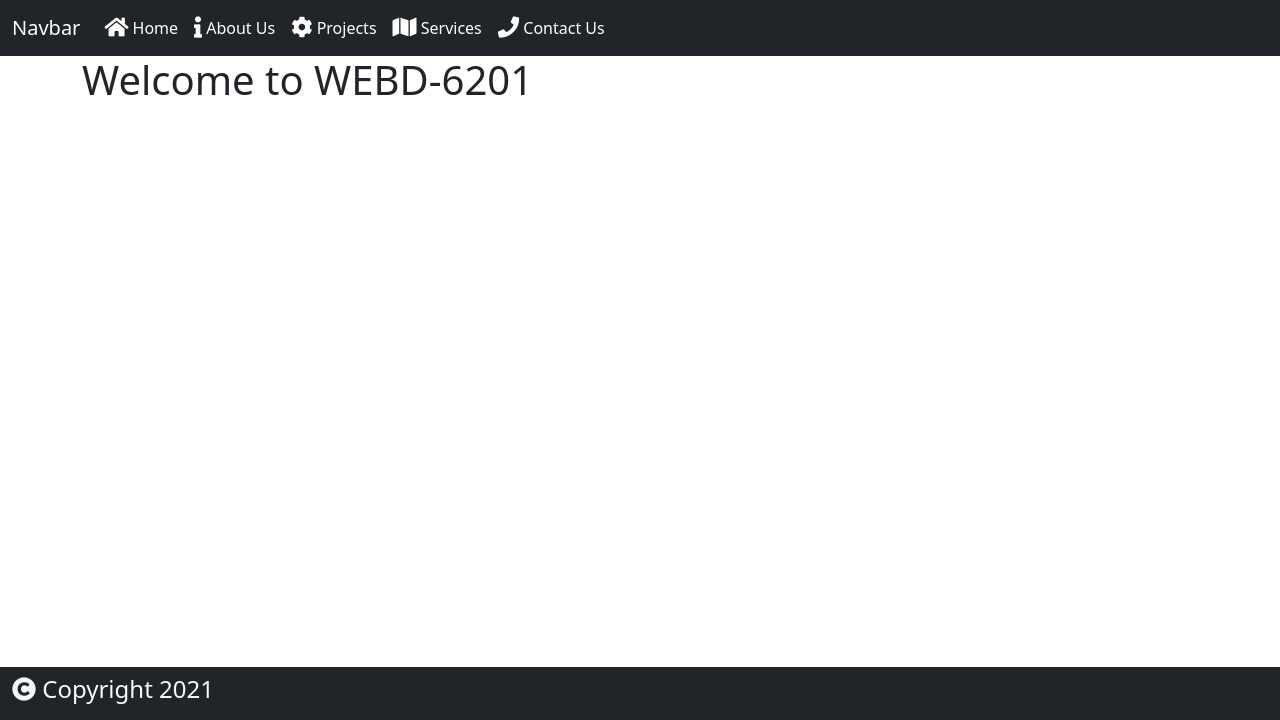
Repository: CKM206/WEBD6201-W2021---ICE1
Page: index.html
These files come from the project's save history. The page is drawn as it stood at one moment and after the next save; the edit follows.
The browser window is 1280 px wide. The pictures show the whole page.

Above is the page before, as saved 2021-01-20 09:15:44.

### index.html
<!DOCTYPE html>
<html lang="en">
<head>
    <meta charset="UTF-8">
    <meta name="viewport" content="width=device-width, initial-scale=1.0">
    <title>WEBD6201 - W2021 - ICE 1</title>
    <!-- CSS Section -->
    <!-- Inject Bootstrap first, always-->
    <link rel="stylesheet"
    href="./node_modules/bootstrap/dist/css/bootstrap.min.css">
    <!-- Now inject Icon Fonts using Font Awesome-->
    <link rel="stylesheet"
    href="./node_modules/@fortawesome/fontawesome-free/css/all.min.css">
    <!-- Now inject our custom css-->
    <link rel="stylesheet" href="./Content/app.css">
</head>
<body>

    <header>
        <nav class="navbar navbar-expand-lg navbar-dark bg-dark">
            <div class="container-fluid">
              <a class="navbar-brand" href="#">Navbar</a>
              <button class="navbar-toggler" type="button" data-bs-toggle="collapse" data-bs-target="#navbarSupportedContent" aria-controls="navbarSupportedContent" aria-expanded="false" aria-label="Toggle navigation">
                <span class="navbar-toggler-icon"></span>
              </button>
              <div class="collapse navbar-collapse" id="navbarSupportedContent">
                <ul class="navbar-nav me-auto mb-2 mb-lg-0">
                  <li class="nav-item">
                    <a class="nav-link active" aria-current="page" href="#"><i class="fas fa-home fa-lg"></i> Home</a>
                  </li>
                  <li class="nav-item">
                    <a class="nav-link active" aria-current="page" href="#"><i class="fas fa-info fa-lg"></i> About Us</a>
                  </li>
                  <li class="nav-item">
                    <a class="nav-link active" aria-current="page" href="#"><i class="fas fa-cog fa-lg"></i> Projects</a>
                  </li>
                  <li class="nav-item">
                    <a class="nav-link active" aria-current="page" href="#"><i class="fas fa-map fa-lg"></i> Services</a>
                  </li>
                  <li class="nav-item">
                    <a class="nav-link active" aria-current="page" href="#"><i class="fas fa-phone fa-lg"></i> Contact Us</a>
                  </li>
                </ul>
              </div>
            </div>
          </nav>
    </header>
    <main class="container">
        <h1>Welcome to WEBD-6201</h1>
    </main>

    <!-- Footer Section -->
    <footer>
        <nav class="navbar fixed-bottom navbar-dark bg-dark">
            <div class="container-fluid">
              <h4 class="text-light"><i class="fas fa-copyright text-light"></i> Copyright 2021</h4>
            </div>
          </nav>
    </footer>

    <!--Script Section-->
    <script src="./node_modules/jquery/dist/jquery.min.js"></script>
    <script src="./node_modules/bootstrap/dist/js/bootstrap.bundle.min.js"></script>
    <script src="./Scripts/app.js"></script>
</body>
</html>

### Content/app.css
/* Custom CSS Here */

### Scripts/app.js
/* Custom Javascript Here */

// IIFE - Immediately Invoked Function Expression (Anonymous Self-Executing Function)
//Acts as a Closure, Limits Scope Leak
(function()
{
    function Start()
    {
        console.log("App Started...");
    }

    window.addEventListener("load", Start);
})();

Loaded but not shown: node_modules/bootstrap/dist/css/bootstrap.min.css (library); node_modules/@fortawesome/fontawesome-free/css/all.min.css (library); node_modules/jquery/dist/jquery.min.js (library); node_modules/bootstrap/dist/js/bootstrap.bundle.min.js (library)

After the next save:
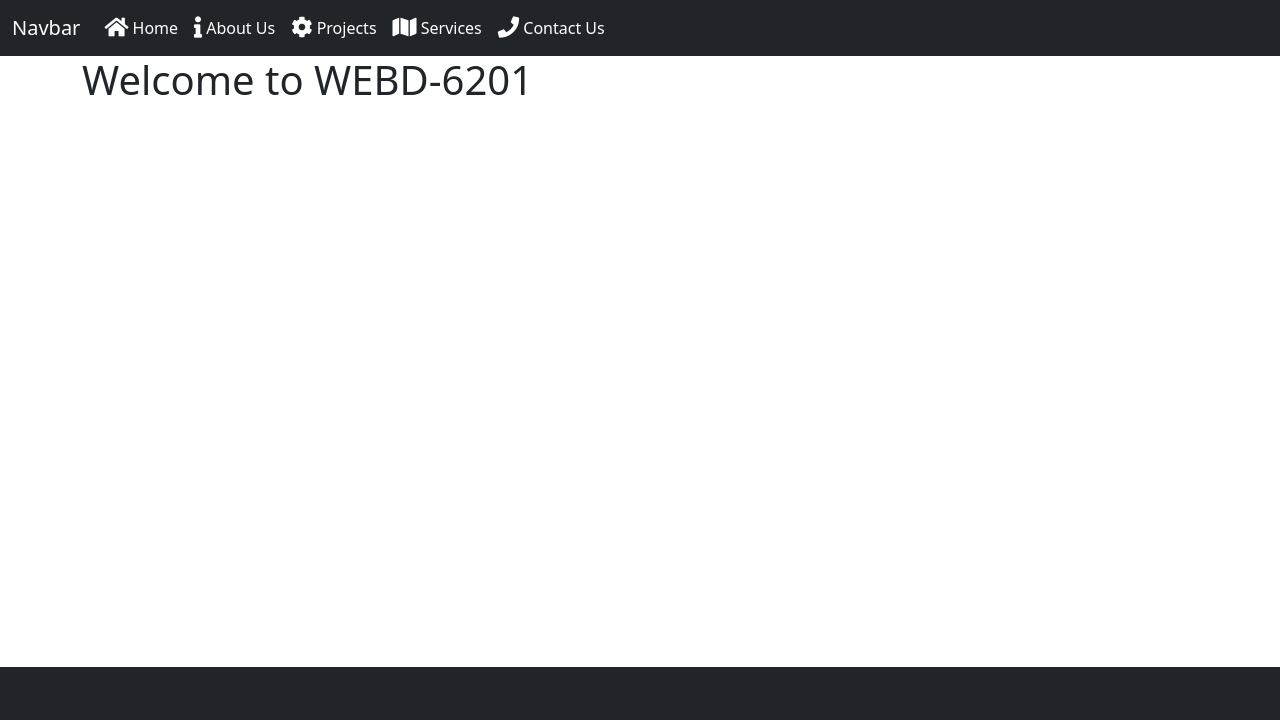
Saved 21 s later.
--- a/index.html
+++ b/index.html
@@ -52,8 +52,8 @@
     <!-- Footer Section -->
     <footer>
         <nav class="navbar fixed-bottom navbar-dark bg-dark">
-            <div class="container-fluid">
-              <h4 class="text-light"><i class="fas fa-copyright text-light"></i> Copyright 2021</h4>
+            <div class="container-fluid text-light">
+              <h4><i class="fas fa-copyright></i> Copyright 2021</h4>
             </div>
           </nav>
     </footer>

After the 2 saves that followed:
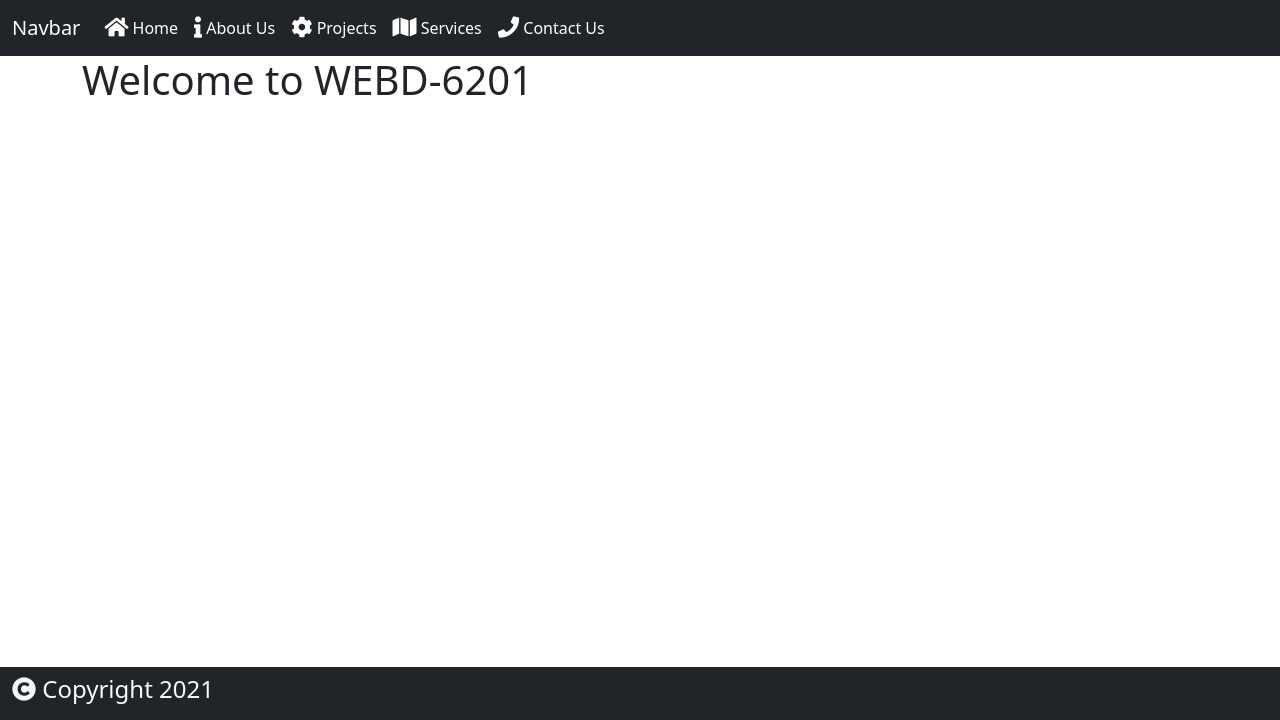
The 2 saves are shown as one change because they came seconds apart.
The last was saved 6 s later.
--- a/index.html
+++ b/index.html
@@ -52,8 +52,8 @@
     <!-- Footer Section -->
     <footer>
         <nav class="navbar fixed-bottom navbar-dark bg-dark">
-            <div class="container-fluid text-light">
-              <h4><i class="fas fa-copyright></i> Copyright 2021</h4>
+            <div class="container-fluid">
+              <h4 class="text-light"><i class="fas fa-copyright text-light"></i> Copyright 2021</h4>
             </div>
           </nav>
     </footer>
